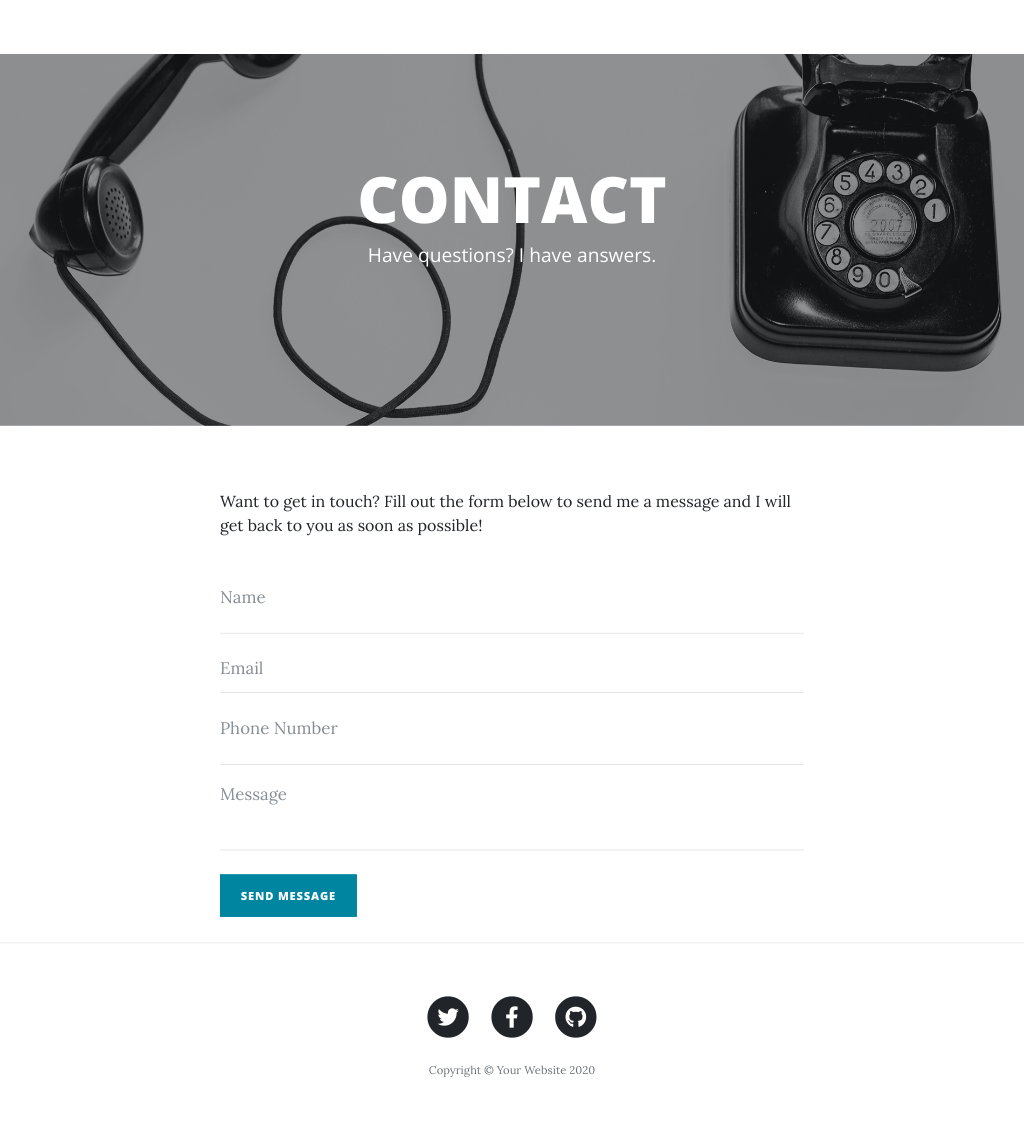
Repository: elvinyeka/elvin-blog
Page: http://localhost/contact
These files come from the project's save history. The page is drawn as it stood at one moment and after the next save; the edit follows.
The browser window is 1280 px wide. The pictures show the whole page, at 80% of full size.
The page is served by the project's application, run on Flask 3 (CLEANBLOG/__init__.py). Other server files are loaded and not shown.

Above is the page before, as saved 2020-10-21 00:10:16.

### CLEANBLOG/templates/contact.html
{% extends 'base.html' %} {% block content%}

<!-- Page Header -->
<header class="masthead" style="background-image: url('{{url_for('static', filename = 'img/contact-bg.jpg')}}')">
    <div class="overlay"></div>
    <div class="container">
        <div class="row">
            <div class="col-lg-8 col-md-10 mx-auto">
                <div class="page-heading">
                    <h1>{{title}}</h1>
                    <span class="subheading">Have questions? I have answers.</span>
                </div>
            </div>
        </div>
    </div>
</header>

<!-- Main Content -->
<div class="container">
    <div class="row">
        <div class="col-lg-8 col-md-10 mx-auto">
            <p>Want to get in touch? Fill out the form below to send me a message and I will get back to you as soon as possible!</p>
            <!-- Contact Form - Enter your email address on line 19 of the mail/contact_me.php file to make this form work. -->
            <!-- WARNING: Some web hosts do not allow emails to be sent through forms to common mail hosts like Gmail or Yahoo. It's recommended that you use a private domain email address! -->
            <!-- To use the contact form, your site must be on a live web host with PHP! The form will not work locally! -->
            <form name="sentMessage" id="contactForm" novalidate>
                <div class="control-group">
                    <div class="form-group floating-label-form-group controls">
                        <label>Name</label>
                        {{form.name(placeholder = 'Name', class='form-control')}}
                        <p class="help-block text-danger"></p>
                    </div>
                </div>
                <div class="control-group">
                    <div class="form-group floating-label-form-group controls">
                        <label>Email Address</label>
                        {{form.email(placeholder = 'Email', class='form-control')}}
                    </div>
                </div>
                <div class="control-group">
                    <div class="form-group col-xs-12 floating-label-form-group controls">
                        <label>Phone Number</label>
                        {{form.phone(placeholder = 'Phone Number', class='form-control')}}
                        <p class="help-block text-danger"></p>
                    </div>
                </div>
                <div class="control-group">
                    <div class="form-group floating-label-form-group controls">
                        <label>Message</label>
                        {{form.message(placeholder = 'Message', class='form-control')}}
                        <p class="help-block text-danger"></p>
                    </div>
                </div>
                <br>
                <div id="success"></div>
                <div class="form-group">
                    {{ form.submit(class='btn btn-primary') }}
                </div>
            </form>
        </div>
    </div>
</div>

<hr> {% endblock%}

### CLEANBLOG/templates/base.html
<!DOCTYPE html>
<html lang="en">

<head>

    <meta charset="utf-8">
    <meta name="viewport" content="width=device-width, initial-scale=1, shrink-to-fit=no">
    <meta name="description" content="">
    <meta name="author" content=""> {% if title %}
    <title>Clean Blog - {{title}}</title>
    {% else %}
    <title>Clean Blog</title>
    {% endif %}

    <!-- Bootstrap core CSS -->
    <link href="/static/bootstrap.min.css" rel="stylesheet">

    <!-- Custom fonts for this template -->
    <link href="/static/css/all.min.css" rel="stylesheet" type="text/css">
    <link href='https://fonts.googleapis.com/css?family=Lora:400,700,400italic,700italic' rel='stylesheet' type='text/css'>
    <link href='https://fonts.googleapis.com/css?family=Open+Sans:300italic,400italic,600italic,700italic,800italic,400,300,600,700,800' rel='stylesheet' type='text/css'>

    <!-- Custom styles for this template -->
    <link href="{{url_for('static', filename='clean-blog.min.css')}}" rel="stylesheet">

</head>

<body>

    <!-- Navigation -->
    <nav class="navbar navbar-expand-lg navbar-light fixed-top" id="mainNav">
        <div class="container">
            <a class="navbar-brand" href="{{url_for('index')}}">Start Flask</a>
            <button class="navbar-toggler navbar-toggler-right" type="button" data-toggle="collapse" data-target="#navbarResponsive" aria-controls="navbarResponsive" aria-expanded="false" aria-label="Toggle navigation">
        Menu
        <i class="fas fa-bars"></i>
      </button>
            <div class="collapse navbar-collapse" id="navbarResponsive">
                <ul class="navbar-nav ml-auto">
                    <li class="nav-item">
                        <a class="nav-link" href="{{url_for('index')}}">Home</a>
                    </li>
                    <li class="nav-item">
                        <a class="nav-link" href="{{url_for('about')}}">About</a>
                    </li>

                    {% if current_user.is_authenticated %}
                        <li class="nav-item">
                            <a class="nav-link" href="{{url_for('new_post')}}">Add Post</a>
                        </li>
                        <li class="nav-item">
                            <a class="nav-link" href="{{url_for('logout')}}">LOGOUT</a>
                        </li>

                    {% else %}
                        <li class="nav-item">
                            <a class="nav-link" href="{{url_for('login')}}">LOGIN</a>
                        </li>

                        <li class="nav-item">
                            <a class="nav-link" href="{{url_for('register')}}">REGISTER</a>
                        </li>
                    {% endif %}

                    <li class="nav-item">
                        <a class="nav-link" href="{{url_for('contact')}}">Contact</a>
                    </li>

                </ul>
            </div>
        </div>
    </nav>

    {% block content%} {% endblock%}


    <!-- Footer -->
    <footer>
        <div class="container">
            <div class="row">
                <div class="col-lg-8 col-md-10 mx-auto">
                    <ul class="list-inline text-center">
                        <li class="list-inline-item">
                            <a href="#">
                                <span class="fa-stack fa-lg">
                                    <i class="fas fa-circle fa-stack-2x"></i>
                                    <i class="fab fa-twitter fa-stack-1x fa-inverse"></i>
                                </span>
                            </a>
                        </li>
                        <li class="list-inline-item">
                            <a href="#">
                                <span class="fa-stack fa-lg">
                                    <i class="fas fa-circle fa-stack-2x"></i>
                                    <i class="fab fa-facebook-f fa-stack-1x fa-inverse"></i>
                                </span>
                            </a>
                        </li>
                        <li class="list-inline-item">
                            <a href="#">
                                <span class="fa-stack fa-lg">
                                    <i class="fas fa-circle fa-stack-2x"></i>
                                    <i class="fab fa-github fa-stack-1x fa-inverse"></i>
                                </span>
                            </a>
                        </li>
                    </ul>
                    <p class="copyright text-muted">Copyright &copy; Your Website 2020</p>
                </div>
            </div>
        </div>
    </footer>

    <!-- Bootstrap core JavaScript -->
    <script src="{{url_for('static', filename='jquery.min.js')}}"></script>
    <script src="{{url_for('static', filename='bootstrap.bundle.min.js')}}"></script>

    <!-- Custom scripts for this template -->
    <script src="{{url_for('static', filename='clean-blog.min.js')}}"></script>

</body>

</html>

### CLEANBLOG/forms.py
from flask_wtf import FlaskForm
from wtforms import StringField, PasswordField, SubmitField, TextAreaField
from wtforms.validators import DataRequired, Length, Email

class RegisterForm(FlaskForm):
    name = StringField('Name', validators=[DataRequired(), Length(min=2, max = 20)])
    email = StringField('Email', validators=[DataRequired(), Email()])
    password = PasswordField('Password', validators=[DataRequired()])
    submit = SubmitField('Sign')

class LoginForm(FlaskForm):
    email = StringField('Email', validators=[DataRequired(), Email()])
    password = PasswordField('Password', validators=[DataRequired()])
    submit = SubmitField('Login')


class PostForm(FlaskForm):
    title = StringField('Title', validators=[DataRequired()])
    subtitle = StringField('Subtitle', validators=[DataRequired()])
    post_text = TextAreaField('Post Text', validators=[DataRequired()])
    submit = SubmitField('Add Post')

class ContactForm(FlaskForm):
    name = StringField('Name', validators=[DataRequired()])
    email = StringField('Email Addres', validators=[DataRequired(), Email()])
    phone = StringField('Phone Number', validators=[DataRequired()])
    message = TextAreaField('Message', validators=[DataRequired()])
    submit = SubmitField('Send Message')

### CLEANBLOG/routes.py
from flask import render_template, flash, redirect, url_for, abort, request
from CLEANBLOG import app, db, mail, Message
from CLEANBLOG.forms import RegisterForm, LoginForm, PostForm, ContactForm
from CLEANBLOG.models import  User, Post
from flask_login import login_user, current_user, logout_user, login_required


@app.route('/')
@app.route('/home')
def index():
    page = request.args.get('page', 1, type=int)
    posts = Post.query.order_by(Post.id.desc()).paginate(page, per_page=3)
    next_url = url_for('index', page = posts.next_num) if posts.has_next else None
    prev_url = url_for('index', page = posts.prev_num) if posts.has_prev else None
    return render_template('index.html', title = 'HOME', posts=posts, next_url = next_url, prev_url = prev_url)

@app.route('/about')
def about():
    return render_template('about.html',title = 'ABOUT')


@app.route('/register', methods=['GET','POST'])
def register():
    if current_user.is_authenticated:
        return redirect(url_for('index'))
    form = RegisterForm()
    if form.validate_on_submit():
        user = User(name=form.name.data, email=form.email.data, password=form.password.data)
        db.session.add(user)
        db.session.commit()
        flash(f'{form.name.data} registered', 'success')
        return redirect(url_for('login'))
    return render_template('register.html', title = 'REGISTER', form=form)

@app.route('/login',methods=['GET', 'POST'])
def login():
    if current_user.is_authenticated:
        return redirect(url_for('index'))
    form = LoginForm()
    if form.validate_on_submit():
        user=User.query.filter_by(email=form.email.data).first()
        if user and user.password== form.password.data:
            login_user(user)
            return redirect(url_for('index'))
        else:
            flash(f'Login Unseccsful', 'danger')
    return render_template('login.html', title = 'LOGIN', form=form)


@app.route('/logout')
def logout():
    logout_user()
    return redirect(url_for('index'))


@app.route('/post.new', methods=['GET', 'POST'])
@login_required
def new_post():
    form = PostForm()
    if form.validate_on_submit():
        post= Post(title=form.title.data, subtitle= form.subtitle.data, post_text= form.post_text.data, user= current_user)
        db.session.add(post)
        db.session.commit()
        flash(f'Post is created', 'succes')
        return redirect(url_for('index'))
    return render_template('create_post.html', title = 'Create Post', form=form)

@app.route('/post/<int:post_id>')
def post(post_id):
    post = Post.query.get_or_404(post_id)
    return render_template('post.html', title = 'post.title', post=post)

@app.route('/post/<int:post_id>/edit', methods=['GET','POST'])
@login_required
def edit_post(post_id):
    post = Post.query.get_or_404(post_id)
    if post.user != current_user:
        abort(403)
    form = PostForm()
    if form.validate_on_submit():
        post.title = form.title.data
        post.subtitle = form.subtitle.data
        post.post_text = form.post_text.data
        db.session.commit()
        flash(f'Post is edited', 'success')
        return redirect(url_for('post', post_id = post_id))
    elif request.method == 'GET':
        form.title.data = post.title
        form.subtitle.data = post.subtitle
        form.post_text.data = post.post_text
        return render_template('create_post.html', title = 'Edit Post', form = form)


@app.route('/post/<int:post_id>/delete', methods=['POST'])
@login_required
def delete_post(post_id):
    post = Post.query.get_or_404(post_id)
    if post.user != current_user:
        abort(403)
    db.session.delete(post)
    db.session.commit()
    flash(f'Post is deleted', 'success')
    return redirect(url_for('index'))


@app.route('/contact', methods = ['GET', 'POST'])
def contact():
    form = ContactForm()
    if request.method == 'POST':
        if form.validate_on_submit():
            msg = Message(form.name.data, sender = 'Clean Blog Contact Form', recipients=['elvinyeka@gmail.com'])
            msg.body = """
            From: %s
            <%s>
            %s
            """ %( form.email.data, form.phone.data, form.message.data)
            mail.send(msg)
            flash(f'We recieved your message succesfully', 'success')
            return render_template('contact')
        else:
            flash(f'OPS There is a problem', 'danger')
    elif request.method == 'GET':
        return render_template('contact.html', title = 'CONTACT', form = form)

### CLEANBLOG/__init__.py
from flask import Flask
from flask_sqlalchemy import SQLAlchemy
from flask_login import  LoginManager
from flask_mail import Mail, Message

app = Flask(__name__)
app.config['SECRET_KEY'] = 'mysecretkey'
app.config['SQLALCHEMY_DATABASE_URI'] = 'sqlite:///blog.db'
app.config['MAIL_SERVER'] = 'smtp.gmail.com'
app.config['MAIL_PORT'] = 465
app.config['MAIL_USE_SSL'] = True
app.config['MAIL_USERNAME'] = 'elvinyeka@gmail.com'
app.config['MAIL_PASSWORD'] = 'elvin1011'


db = SQLAlchemy(app)
login_manager = LoginManager(app)
mail = Mail(app)



from CLEANBLOG import  routes

Loaded but not shown: CLEANBLOG/static/bootstrap.min.css (library); CLEANBLOG/static/css/all.min.css (library); CLEANBLOG/static/clean-blog.min.css (library); CLEANBLOG/static/jquery.min.js (library); CLEANBLOG/static/bootstrap.bundle.min.js (library); CLEANBLOG/static/clean-blog.min.js (common file)

After the next save:
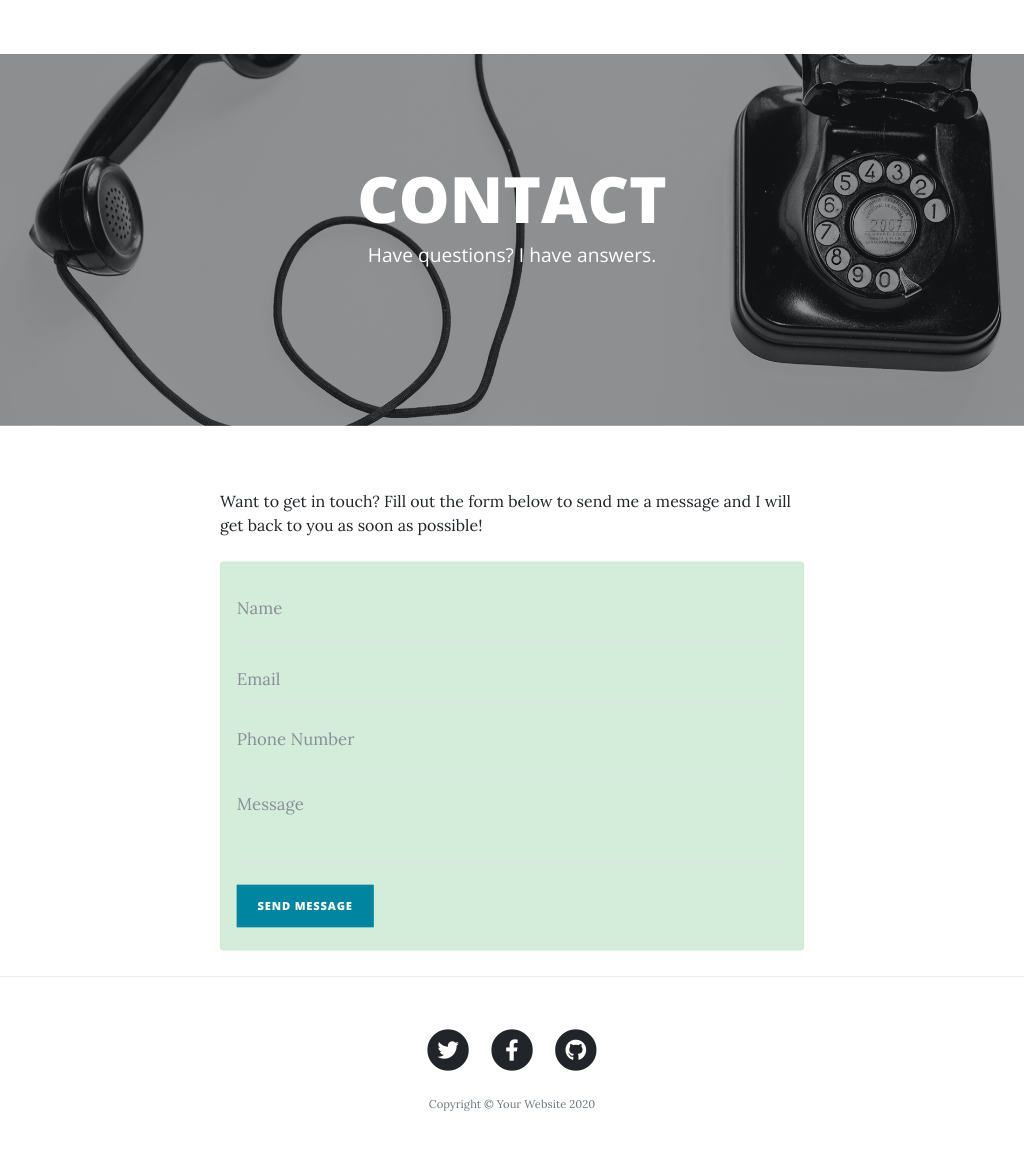
Saved 87 s later.
--- a/CLEANBLOG/templates/contact.html
+++ b/CLEANBLOG/templates/contact.html
@@ -23,7 +23,7 @@
             <!-- Contact Form - Enter your email address on line 19 of the mail/contact_me.php file to make this form work. -->
             <!-- WARNING: Some web hosts do not allow emails to be sent through forms to common mail hosts like Gmail or Yahoo. It's recommended that you use a private domain email address! -->
             <!-- To use the contact form, your site must be on a live web host with PHP! The form will not work locally! -->
-            <form name="sentMessage" id="contactForm" novalidate>
+            <form method="POST" action="" class="alert alert-success">
                 <div class="control-group">
                     <div class="form-group floating-label-form-group controls">
                         <label>Name</label>
